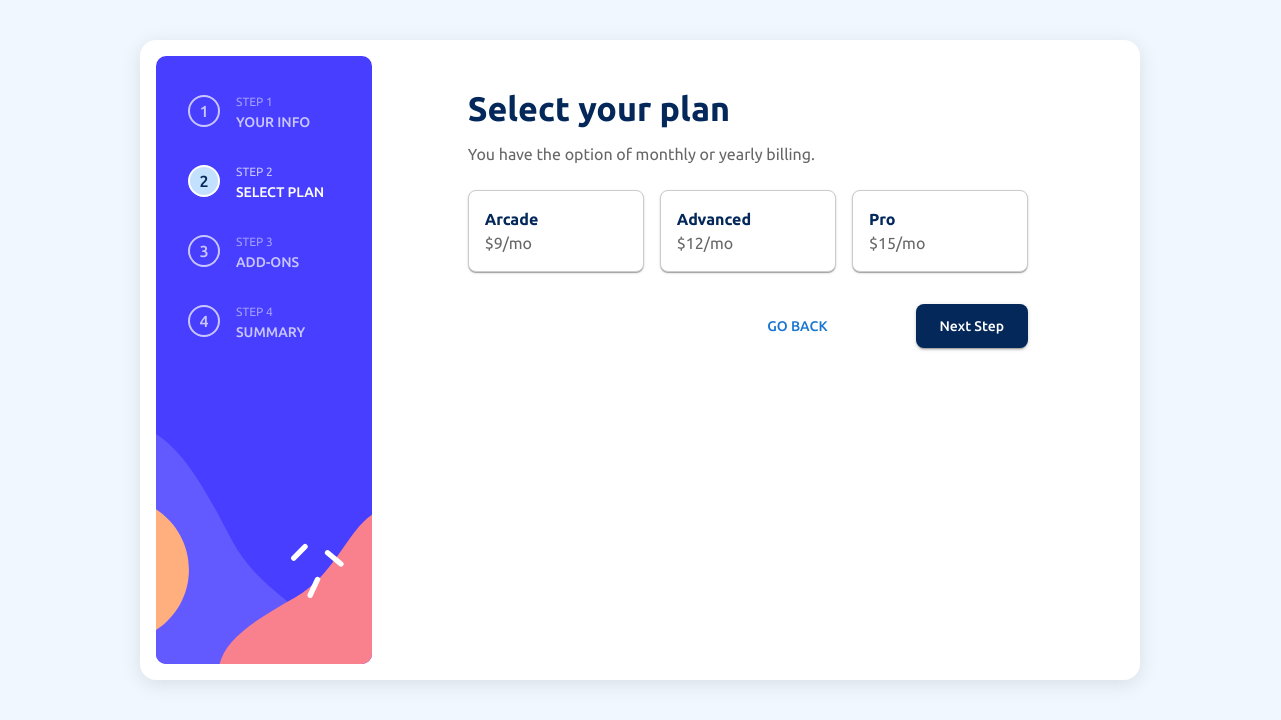
Repository: ozerrrs/chalange7days
Page: / (app in 7dayschalange/7dayschallange/), after clicking the first element matching `button.MuiButtonBase-root`
An editor plug-in stored every save of this project. The page is shown before and after the next save, followed by the edit.
The browser window is 1280 px wide. The page is 1280 px wide, then 1281 px, so the pictures cover 1281 px, including what lies to the right of the window. The pictures show the whole page.
The project was rebuilt for these pictures with package versions that can differ from the ones it lists, and the page was loaded fresh each time. Also part of the build but not shown: 7dayschalange/7dayschallange/vite.config.js.

Above is the page before, as saved 2025-03-05 15:03:25.

### 7dayschalange/7dayschallange/src/main.jsx
import * as React from "react";
import * as ReactDOM from "react-dom/client";
import { ThemeProvider } from "@mui/material/styles";
import { CssBaseline } from "@mui/material";
import theme from "./theme/theme";
import App from "./App";
import "./index.css";
ReactDOM.createRoot(document.getElementById("root")).render(
  <React.StrictMode>
    <ThemeProvider theme={theme}>
      <CssBaseline />
      <App />
    </ThemeProvider>
  </React.StrictMode>
);

### 7dayschalange/7dayschallange/src/theme/theme.jsx
import { createTheme } from "@mui/material/styles";

const theme = createTheme({
  typography: {
    fontFamily: "'Ubuntu', sans-serif",
    h4: {
      fontWeight: 700,
    },
    h2: {
      fontWeight: 500,
    },
  },
  components: {
    MuiCssBaseline: {
      styleOverrides: `
        body {
          background-color: #f0f7ff;
        }
      `,
    },
  },
});

export default theme;

### 7dayschalange/7dayschallange/src/App.jsx
import { Routes, Route, BrowserRouter } from "react-router-dom";
import FirstPage from "./pages/firstPage";
import "@fontsource/ubuntu/400.css"; // Regular
import "@fontsource/ubuntu/500.css"; // Medium
import "@fontsource/ubuntu/700.css"; // Bold
function App() {
  return (
    <BrowserRouter>
      <Routes>
        <Route path="/" element={<FirstPage />} />
        {/* <Route path="/about" element={<About />} />
          <Route path="/login" element={<Login />} />
          <Route path="/register" element={<Register />} /> */}
      </Routes>
    </BrowserRouter>
  );
}
export default App;

### 7dayschalange/7dayschallange/src/index.css
#root {
  height: 100vh;
  width: 100vw;
  background-color: #f0f7ff;
}

### 7dayschalange/7dayschallange/src/pages/firstPage.jsx
import React, { useState } from "react";
import {
  Box,
  TextField,
  Typography,
  Button,
  Stepper,
  Step,
  StepLabel,
  Paper,
  Container,
  Grid,
  CssBaseline,
} from "@mui/material";
import { styled, ThemeProvider } from "@mui/material/styles";
// Import the background image for the sidebar
import backgroundNav from "../assets/bg-sidebar-desktop.svg"; // Adjust the path as needed

const FormContainer = styled(Paper)(({ theme }) => ({
  padding: theme.spacing(2),
  borderRadius: 16,
  boxShadow: "0px 4px 20px rgba(0, 0, 0, 0.1)",
  display: "flex",
  overflow: "hidden",
  minWidth: 1000,
  minHeight: 640,
  margin: "0 auto",
  position: "absolute",
  top: "50%",
  left: "50%",
  transform: "translate(-50%, -50%)",
}));

const SideBar = styled(Box)(({ theme }) => ({
  padding: theme.spacing(4),
  borderRadius: "10px 10px 10px 10px",
  color: "white",
  width: 274,
  position: "relative",
  overflow: "hidden",
  background: "none",
  minHeight: 568,
}));

const ContentArea = styled(Box)(({ theme }) => ({
  paddingLeft: theme.spacing(12),
  paddingRight: theme.spacing(12),
  paddingTop: theme.spacing(4),
  paddingBottom: theme.spacing(4),
  width: "100%",
}));

const NextButton = styled(Button)(({ theme }) => ({
  backgroundColor: "#04285a",
  color: "white",
  borderRadius: 8,
  padding: "10px 24px",
  textTransform: "none", // This prevents uppercase text

  "&:hover": {
    backgroundColor: "#172b4d",
  },
}));
const StyledTextField = styled(TextField)(({ theme }) => ({
  marginBottom: theme.spacing(2),
  "& .MuiOutlinedInput-root": {
    borderRadius: "10px",
    "& fieldset": {
      borderRadius: "10px",
    },
  },
}));

const StepNumber = styled(Box)(({ theme, active }) => ({
  width: 32,
  height: 32,
  borderRadius: "50%",
  border: "2px solid white",
  display: "flex",
  alignItems: "center",
  justifyContent: "center",
  marginRight: theme.spacing(2),
  backgroundColor: active ? "#c3e0ff" : "transparent", // Blue background when active
  color: active ? "#04285a" : "white",
  fontWeight: 500,
}));

const StepItem = styled(Box)(({ theme, active }) => ({
  display: "flex",
  alignItems: "center",
  marginBottom: theme.spacing(3),
  opacity: active ? 1 : 0.7,
}));

const steps = [
  { label: "YOUR INFO", description: "Personal details" },
  { label: "SELECT PLAN", description: "Choose your plan" },
  { label: "ADD-ONS", description: "Add extra features" },
  { label: "SUMMARY", description: "Review your order" },
];

function MultiStepForm() {
  const [activeStep, setActiveStep] = useState(0);
  const [formData, setFormData] = useState({
    name: "",
    email: "",
    phone: "",
  });

  const handleInputChange = (e) => {
    const { name, value } = e.target;
    setFormData({
      ...formData,
      [name]: value,
    });
  };

  const handleNext = () => {
    setActiveStep((prevActiveStep) => prevActiveStep + 1);
  };

  const handleBack = () => {
    setActiveStep((prevActiveStep) => prevActiveStep - 1);
  };

  const getStepContent = (step) => {
    switch (step) {
      case 0:
        return (
          <Box>
            <Typography
              variant="h4"
              gutterBottom
              fontWeight="bold"
              sx={{ color: "#04285a" }}
            >
              Personal info
            </Typography>
            <Typography color="textSecondary" paragraph>
              Please provide your name, email address, and phone number.
            </Typography>

            <Box mt={3}>
              <Typography fontWeight={500} mb={1} sx={{ color: "#04285a" }}>
                Name
              </Typography>
              <StyledTextField
                fullWidth
                placeholder="e.g. Stephen King"
                name="name"
                value={formData.name}
                onChange={handleInputChange}
                variant="outlined"
              />

              <Typography fontWeight={500} mb={1} sx={{ color: "#04285a" }}>
                Email Address
              </Typography>

              <StyledTextField
                fullWidth
                placeholder="e.g. stephenking@lorem.com"
                name="email"
                value={formData.email}
                onChange={handleInputChange}
                variant="outlined"
              />

              <Typography fontWeight={500} mb={1} sx={{ color: "#04285a" }}>
                Phone Number
              </Typography>

              <StyledTextField
                fullWidth
                placeholder="e.g. +1 234 567 890"
                name="phone"
                value={formData.phone}
                onChange={handleInputChange}
                variant="outlined"
                sx={{ mb: 8 }}
              />
            </Box>
          </Box>
        );
      case 1:
        return (
          <Box>
            <Typography
              variant="h4"
              gutterBottom
              fontWeight="bold"
              sx={{ color: "#04285a" }}
            >
              Select your plan
            </Typography>
            <Typography color="textSecondary" paragraph>
              You have the option of monthly or yearly billing.
            </Typography>

            {/* Plan selection content will go here */}
            <Box mt={3} sx={{ display: "flex", gap: 2 }}>
              {/* Example plan cards would go here */}
              <Paper
                sx={{
                  p: 2,
                  borderRadius: 2,
                  flex: 1,
                  border: "1px solid #ccc",
                }}
              >
                <Typography fontWeight="bold" sx={{ color: "#04285a" }}>
                  Arcade
                </Typography>
                <Typography color="textSecondary">$9/mo</Typography>
              </Paper>

              <Paper
                sx={{
                  p: 2,
                  borderRadius: 2,
                  flex: 1,
                  border: "1px solid #ccc",
                }}
              >
                <Typography fontWeight="bold" sx={{ color: "#04285a" }}>
                  Advanced
                </Typography>
                <Typography color="textSecondary">$12/mo</Typography>
              </Paper>

              <Paper
                sx={{
                  p: 2,
                  borderRadius: 2,
                  flex: 1,
                  border: "1px solid #ccc",
                }}
              >
                <Typography fontWeight="bold" sx={{ color: "#04285a" }}>
                  Pro
                </Typography>
                <Typography color="textSecondary">$15/mo</Typography>
              </Paper>
            </Box>
          </Box>
        );
      case 2:
        return (
          <Box>
            <Typography
              variant="h4"
              gutterBottom
              fontWeight="bold"
              sx={{ color: "#04285a" }}
            >
              Pick add-ons
            </Typography>
            <Typography color="textSecondary" paragraph>
              Add-ons help enhance your gaming experience.
            </Typography>
          </Box>
        );
      case 3:
        return (
          <Box>
            <Typography
              variant="h4"
              gutterBottom
              fontWeight="bold"
              sx={{ color: "#04285a" }}
            >
              Summary
            </Typography>
            <Typography color="textSecondary" paragraph>
              Please confirm your selections.
            </Typography>
          </Box>
        );
      default:
        return "Unknown step";
    }
  };

  return (
    <FormContainer>
      <SideBar>
        <Box
          sx={{
            position: "absolute",
            top: 0,
            left: 0,
            width: "100%",
            height: "100%",
            zIndex: 0,
          }}
        >
          <img
            src={backgroundNav}
            alt="background"
            style={{ width: "100%", height: "100%", objectFit: "cover" }}
          />
        </Box>
        <Box sx={{ position: "relative", zIndex: 1 }}>
          {steps.map((step, index) => (
            <StepItem key={index} active={activeStep === index}>
              <StepNumber active={activeStep === index}>{index + 1}</StepNumber>

              <Box>
                <Typography variant="caption" sx={{ opacity: 0.7 }}>
                  STEP {index + 1}
                </Typography>
                <Typography variant="subtitle2">{step.label}</Typography>
              </Box>
            </StepItem>
          ))}
        </Box>
      </SideBar>

      <ContentArea>
        {getStepContent(activeStep)}

        <Box sx={{ display: "flex", justifyContent: "flex-end", mt: 4 }}>
          {activeStep !== 0 && (
            <Button onClick={handleBack} sx={{ mr: 10 }}>
              Go Back
            </Button>
          )}
          <NextButton variant="contained" onClick={handleNext}>
            Next Step
          </NextButton>
        </Box>
      </ContentArea>
    </FormContainer>
  );
}

export default MultiStepForm;

Loaded but not shown: 7dayschalange/7dayschallange/index.html (common file)

After the next save:
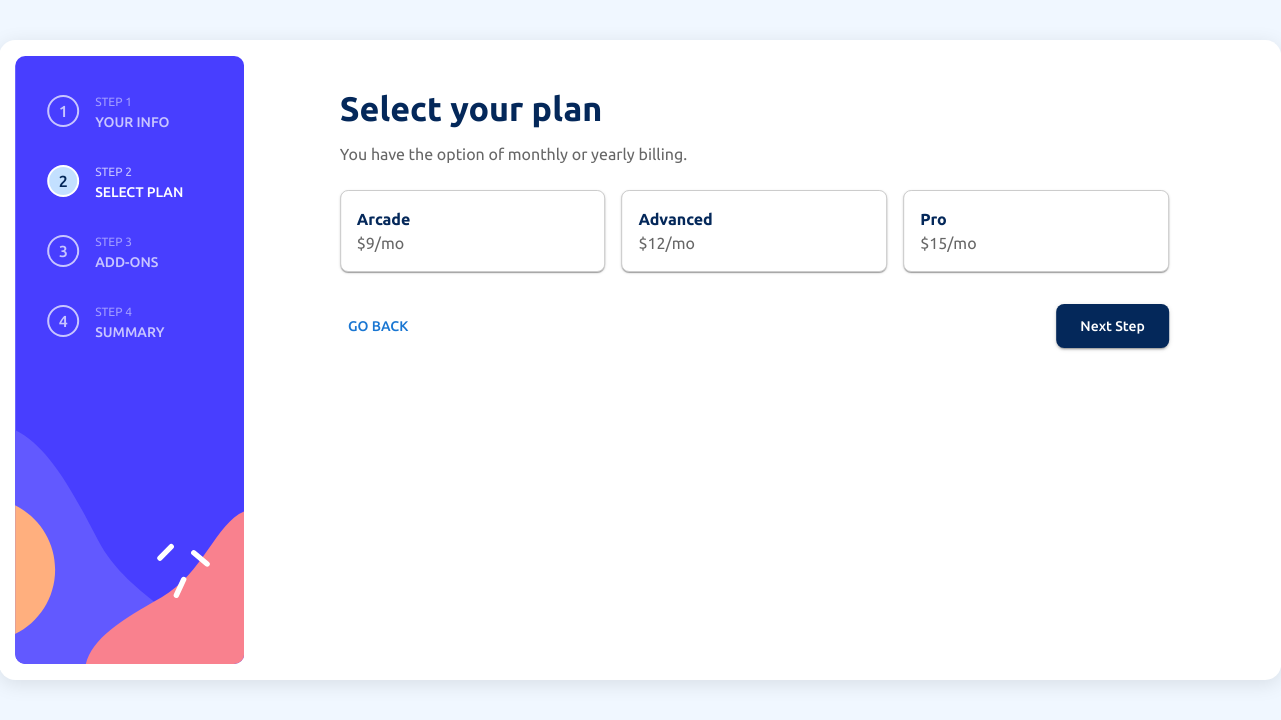
Saved 15 s later.
--- a/7dayschalange/7dayschallange/src/pages/firstPage.jsx
+++ b/7dayschalange/7dayschallange/src/pages/firstPage.jsx
@@ -321,7 +321,7 @@ function MultiStepForm() {
 
         <Box sx={{ display: "flex", justifyContent: "flex-end", mt: 4 }}>
           {activeStep !== 0 && (
-            <Button onClick={handleBack} sx={{ mr: 10 }}>
+            <Button onClick={handleBack} sx={{ mr: 80 }}>
               Go Back
             </Button>
           )}
